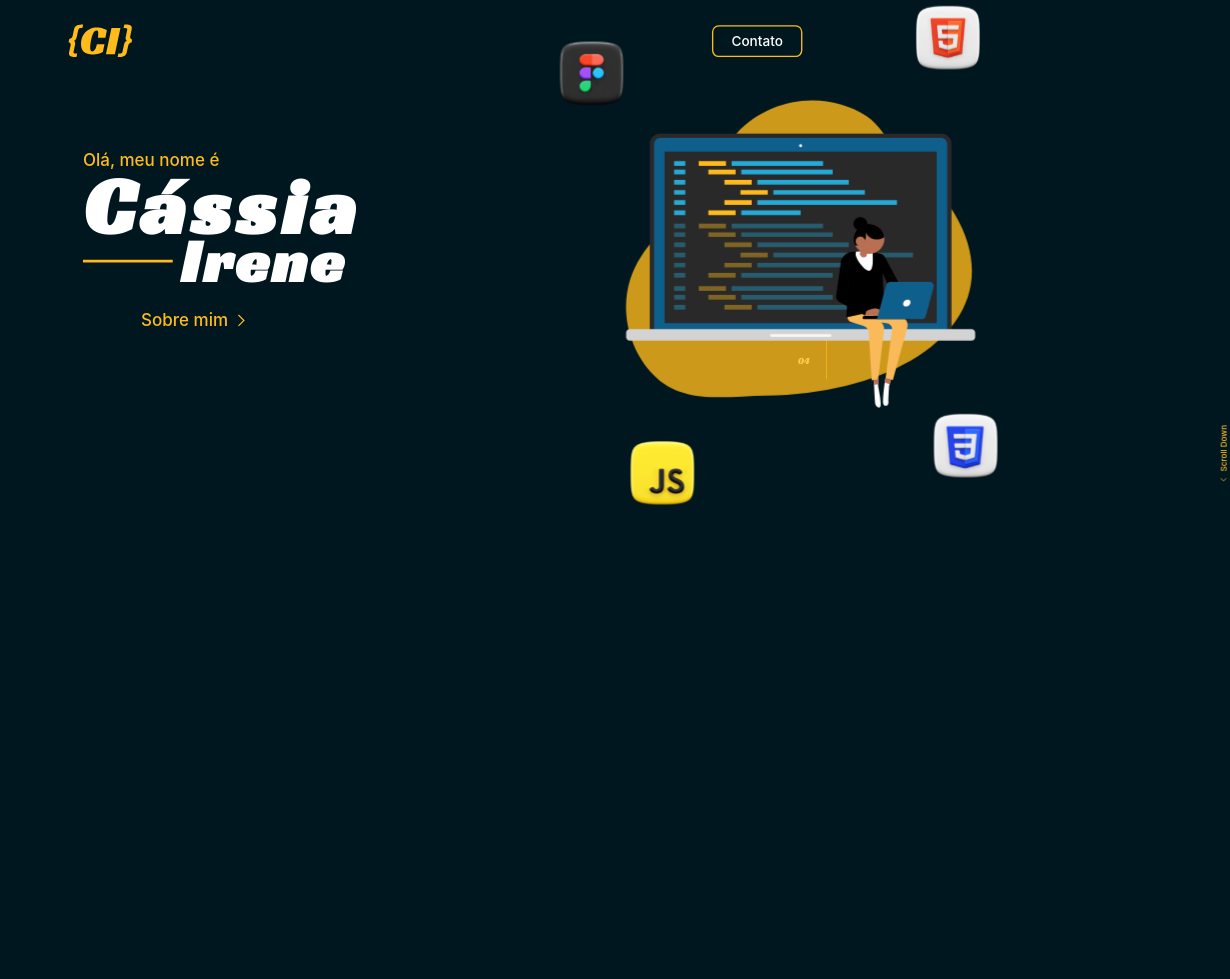
Repository: Cassia-Irene/My-Portfolio
Page: /
The author's editor kept a copy of each file at every save. The page is drawn from the files as they stood at one save, then again after a run of saves.
The browser window is 1280 px wide. The page is 1809 px wide, so the pictures cover 1809 px, including what lies to the right of the window. The pictures show the whole page, at 68% of full size.
The project was rebuilt for these pictures with package versions that can differ from the ones it lists, and the page was loaded fresh each time. Also part of the build but not shown: vite.config.ts.

Above is the page before, as saved 2025-08-03 21:55:13.

After the next 2 saves:
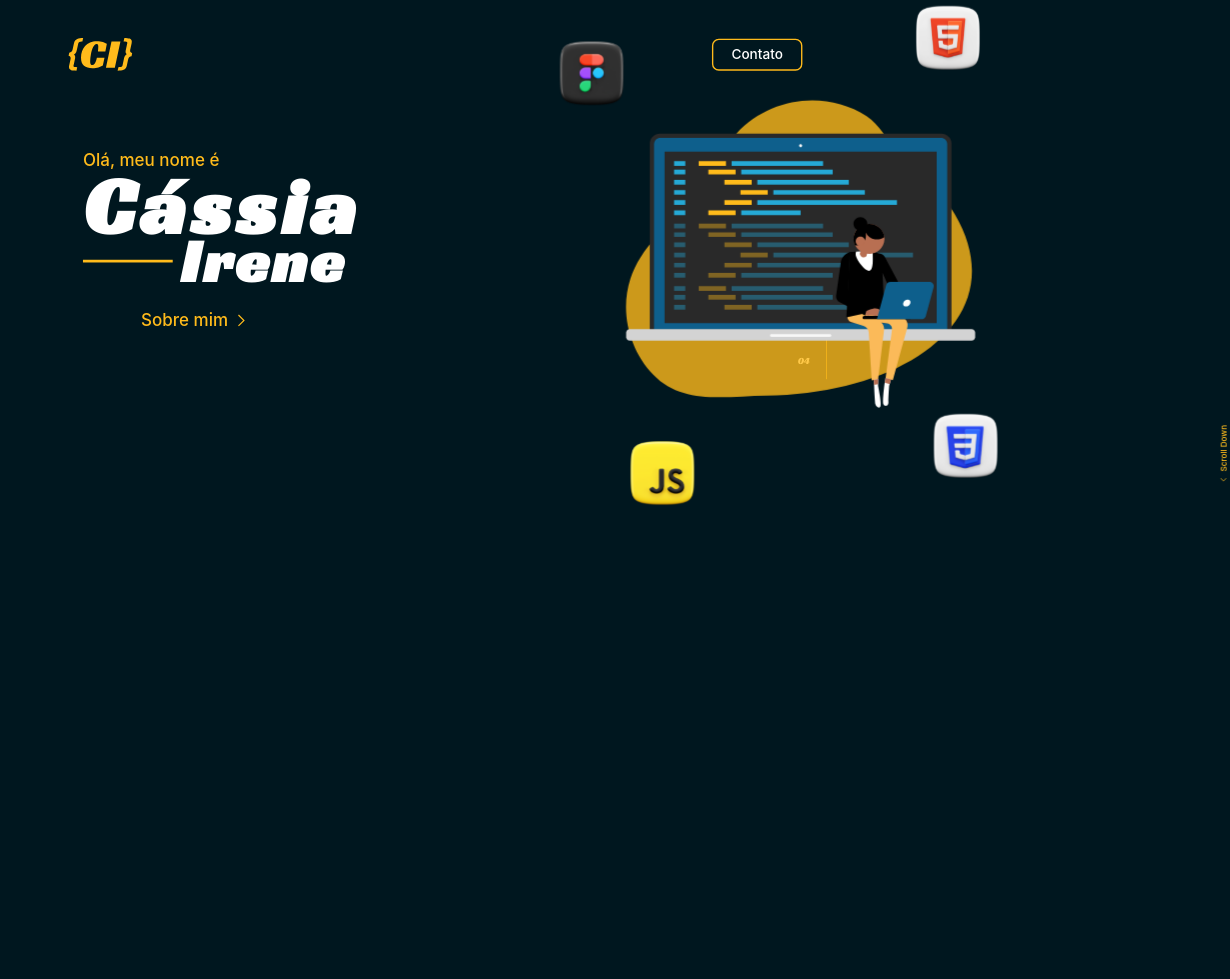
The 2 saves are shown as one change because they came seconds apart.
The last was saved 6 s later.
--- a/src/Header.tsx
+++ b/src/Header.tsx
@@ -7,7 +7,7 @@ const HeaderContainer = styled.header<{ isScrolled: boolean }>`
     display: flex;
     justify-content: space-between;
     align-items: center;
-    padding: 60px 100px;
+    padding: 80px 100px;
     z-index: 1000;
     height: 100px;
     background-color: ${({ isScrolled }) => (isScrolled ? "#00171F" : "transparent")};
